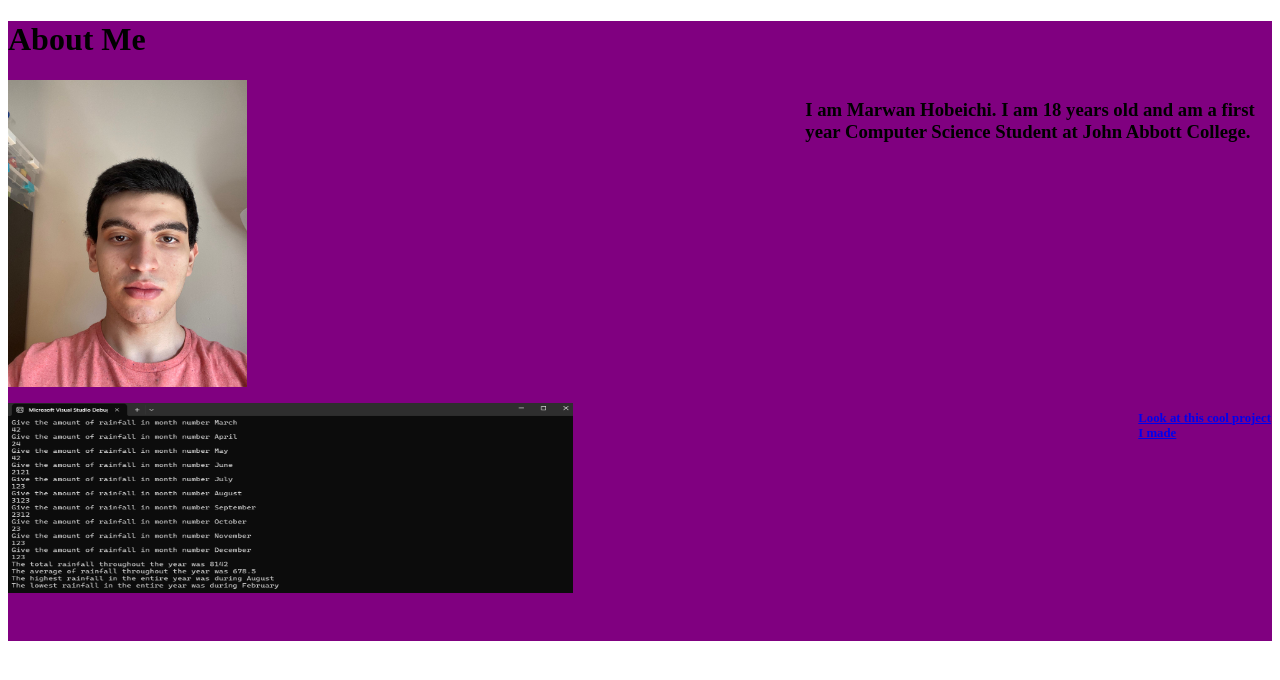
Repository: captainm64/captainm64
Page: index.html
The author's editor kept a copy of each file at every save. The page is drawn from the files as they stood at one save, then again after the next save.
The browser window is 1280 px wide. The pictures show the whole page.

Above is the page before, as saved 2026-05-12 09:17:33.

After the next save:
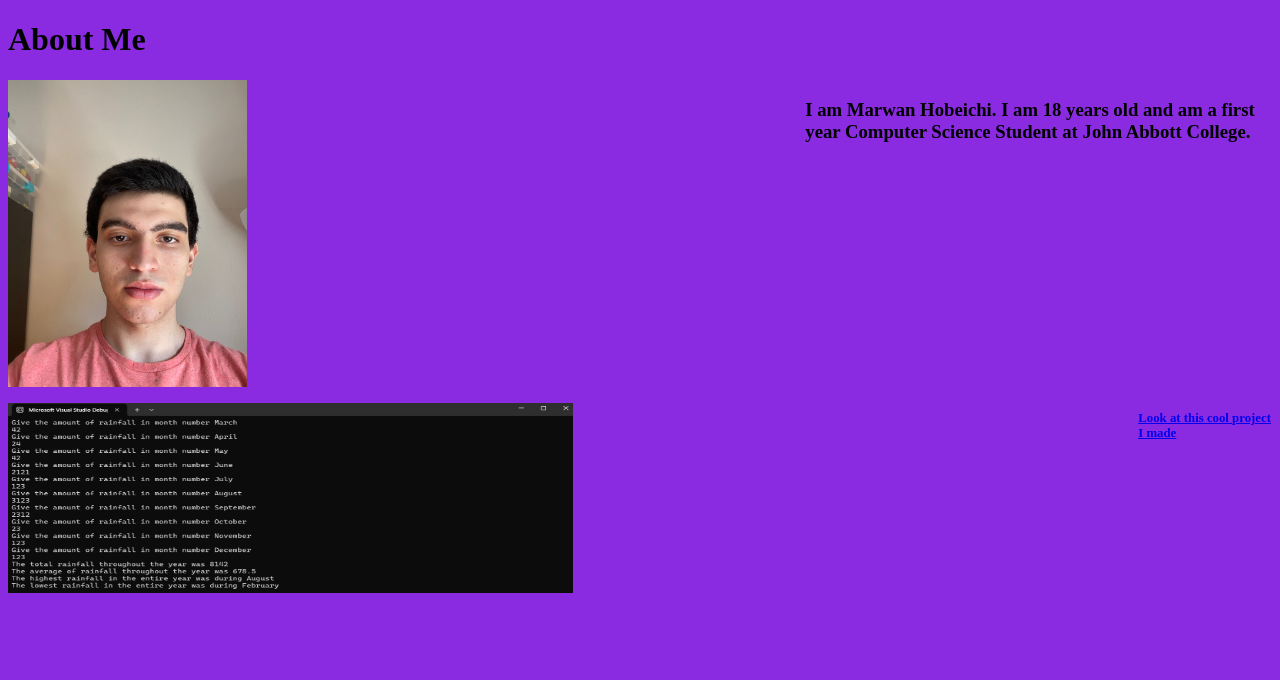
Saved 9 min 34 s later.
--- a/index.html
+++ b/index.html
@@ -32,3 +32,4 @@
 
 </div>
 </main>
+</html>
--- a/styles/index.css
+++ b/styles/index.css
@@ -1,8 +1,6 @@
-main{
-
-   background-color: purple;
+html{
+   background-color: blueviolet;
 }
-
 
 img{
 
